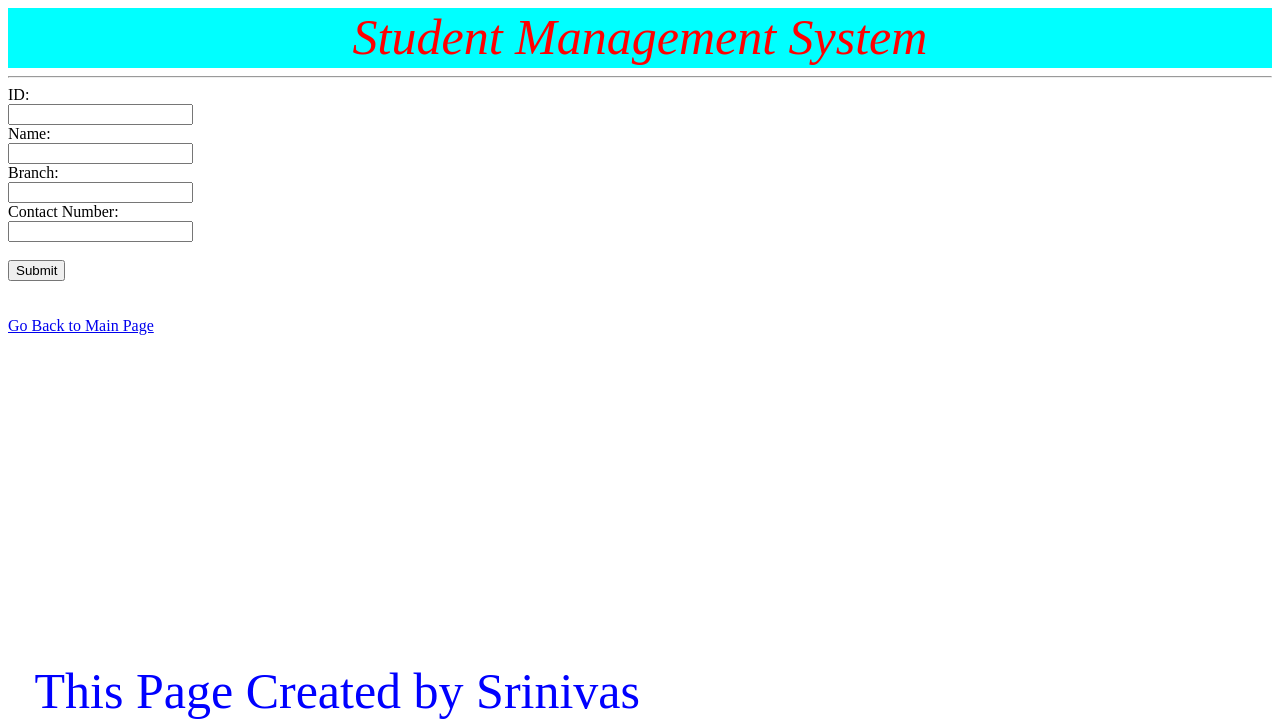
Repository: Aviligonda/Servlet_Programs
Page: http://localhost/StudentManagementSystem/register.jsp
An editor plug-in stored every save of this project. The page is shown before and after the next save, followed by the edit.
The browser window is 1280 px wide. The pictures show the whole page.
The page is served by Tomcat 9.

Above is the page before, as saved 2024-11-25 13:27:23.

### StudentManagementSystem/src/main/webapp/register.jsp
<%@ page language="java" contentType="text/html; charset=UTF-8"
	pageEncoding="UTF-8"%>
<%@ include file="header.jsp"%>
<%@ include file="footer.jsp"%>

<!DOCTYPE html>
<html>
<head>
<meta charset="UTF-8">
<title>Registration form</title>
</head>
<body>

	<form action="addStudent.jsp">
		ID: <br>
		<input type="text" name="id"> <br>
		Name: <br>
		<input type="text" name="name"> <br>
		Branch: <br>
		<input	type="text" name="branch"> <br>
	    Contact Number: <br>
		<input type="text" name="contact"> <br><br>
		<input	type="submit" value="Submit">
	</form>
	<br><br>
	<a href = "index.jsp">Go Back to Main Page</a>

</body>
</html>

### StudentManagementSystem/src/main/webapp/header.jsp
<%@ page language="java" contentType="text/html; charset=UTF-8"
    pageEncoding="UTF-8"%>
<!DOCTYPE html>
<html>
<head>
<meta charset="UTF-8">
<title>Insert title here</title>
</head>
<body>
<div style="height :60px;background-color:aqua">

<header style="color:red;text-align:center; font-style: italic; font-size: 50px;"> Student Management System</header>
</div>
<hr>


</body>
</html>

### StudentManagementSystem/src/main/webapp/footer.jsp
<%@ page language="java" contentType="text/html; charset=UTF-8"
    pageEncoding="UTF-8"%>
<!DOCTYPE html>
<html>
<head>
<meta charset="UTF-8">
<title>Insert title here</title>
</head>
<body>
<div style="color:blue;text-align:center;display : block; position: absolute;bottom: 0;right:50%;font-size:50px;">
<!-- <footer style="color:blue; text-align:center;display : block; position: absolute;bottom: 0;right:0;font-size=50px;">This Page Created by Srinivas</footer> -->
This Page Created by Srinivas
</div>
</body>
</html>

After the next save:
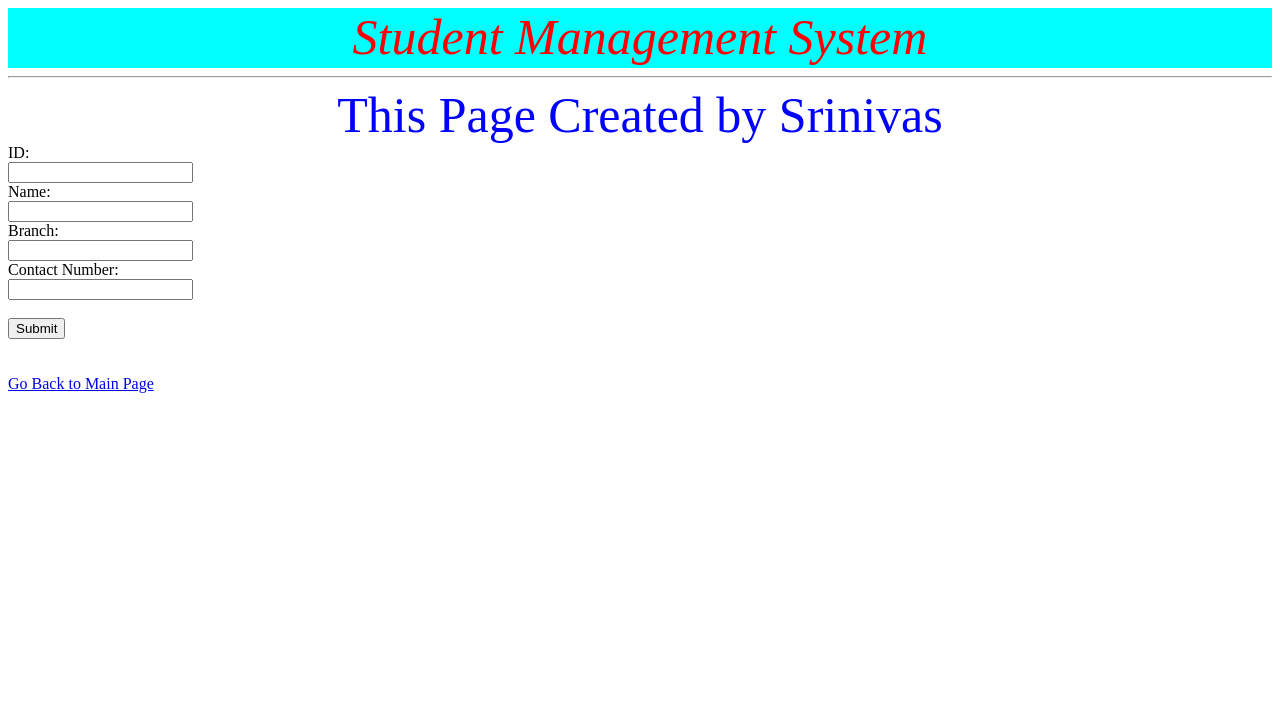
Saved 35 s later.
--- a/StudentManagementSystem/src/main/webapp/footer.jsp
+++ b/StudentManagementSystem/src/main/webapp/footer.jsp
@@ -7,7 +7,7 @@
 <title>Insert title here</title>
 </head>
 <body>
-<div style="color:blue;text-align:center;display : block; position: absolute;bottom: 0;right:50%;font-size:50px;">
+<div style="color:blue;text-align:center;font-size:50px;">
 <!-- <footer style="color:blue; text-align:center;display : block; position: absolute;bottom: 0;right:0;font-size=50px;">This Page Created by Srinivas</footer> -->
 This Page Created by Srinivas
 </div>
